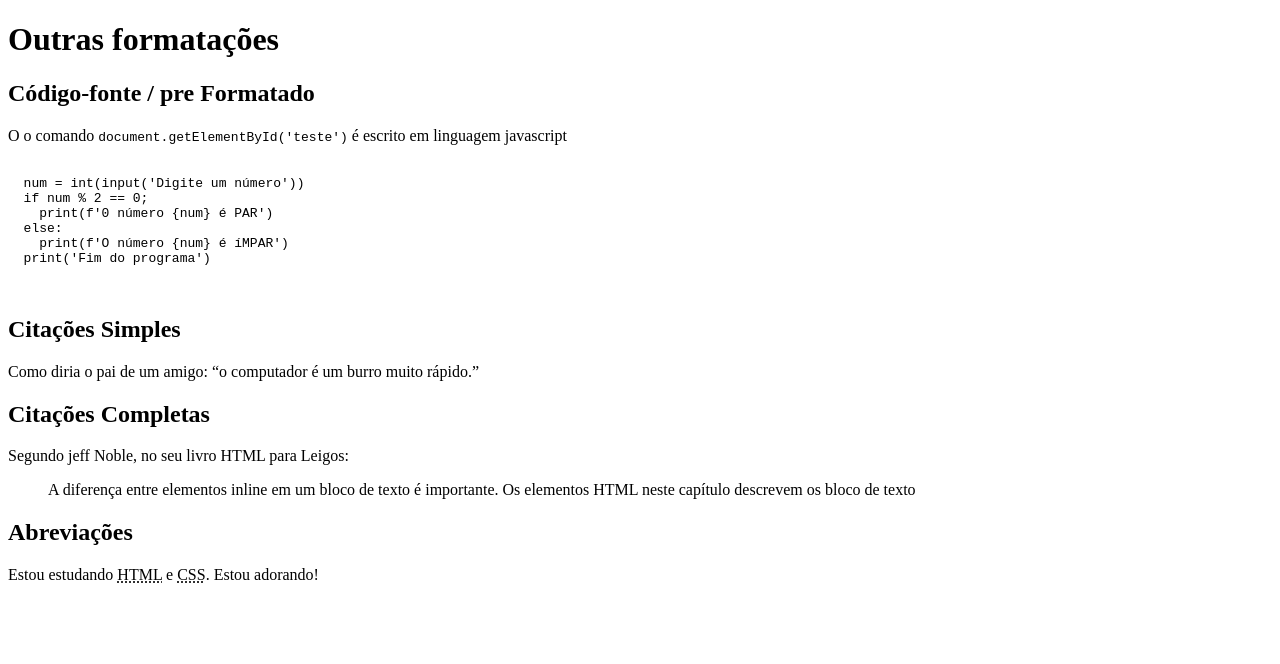
Repository: pheonix5/Estudo
Page: html-css/exercicios/ex008b/index.html
An editor plug-in stored every save of this project. The page is shown before and after the next save, followed by the edit.
The browser window is 1280 px wide. The pictures show the whole page.

Above is the page before, as saved 2023-07-25 20:35:53.

After the next save:
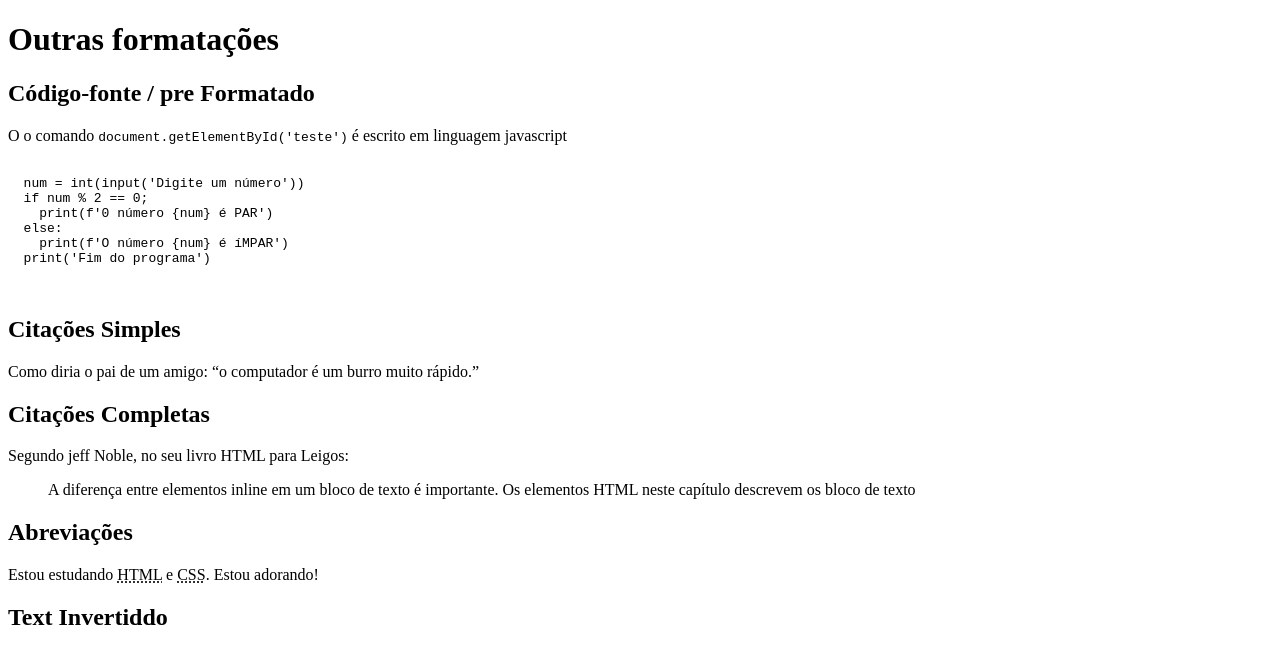
Saved 39 s later.
--- a/html-css/exercicios/ex008b/index.html
+++ b/html-css/exercicios/ex008b/index.html
@@ -28,6 +28,9 @@
   </blockquote>
 
   <h2>Abreviações</h2>
-  <p>Estou estudando <abbr title="HyperText Markup Language">HTML</abbr> e <abbr title="Cascading Style Sheets">CSS</abbr>. Estou adorando!</p>
+  <p>Estou estudando <abbr title="HyperText Markup Language">HTML</abbr> e <abbr title="Cascading Style Sheets">CSS</abbr>. Estou
+    adorando!</p>
+
+  <h2>Text Invertiddo</h2>
 </body>
 </html>
